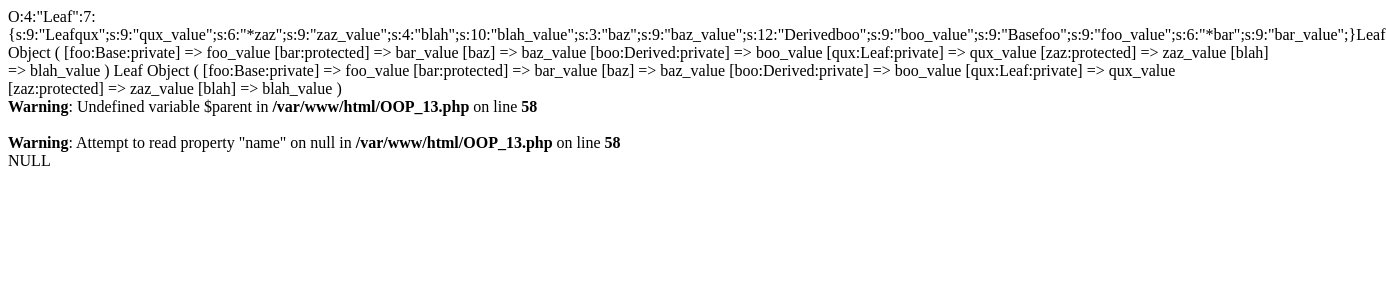
Repository: vantung2102/OOP_PHP
Page: http://localhost/OOP_13.php
These files come from the project's save history. The page is drawn as it stood at one moment and after the next save; the edit follows.
The browser window is 1280 px wide. The page is 1386 px wide, so the pictures cover 1386 px, including what lies to the right of the window. The pictures show the whole page.
The page is run by PHP 8.4 with error messages shown; the project is at /var/www/html/.

Above is the page before, as saved 2021-11-27 09:07:53.

### OOP_13.php
<?php

class Base
{
    private $foo = "foo_value";
    protected $bar = "bar_value";

    public function __sleep()
    {
        return array("\0Base\0foo", "\0*\0bar");
    }
}

class Derived extends Base
{
    public $baz = "baz_value";
    private $boo = "boo_value";

    public function __sleep()
    {
        // we have to merge our members with our parent's
        return array_merge(array("baz", "\0Derived\0boo"), parent::__sleep());
    }
}

class Leaf extends Derived
{
    private $qux = "qux_value";
    protected $zaz = "zaz_value";
    public $blah = "blah_value";

    public function __sleep()
    {
        // again, merge our members with our parent's
        return array_merge(array("\0Leaf\0qux", "\0*\0zaz", "blah"), parent::__sleep());
    }
}

// test it
$test = new Leaf();
$s = serialize($test);
$test2 = unserialize($s);
echo $s;
print_r($test);
print_r($test2);

class A
{
    public $b;
    public $name;
}

class B extends A
{
    public $parent;
    public function __wakeup()
    {
        var_dump($parent->name);
    }
}

$a = new A();
$a->name = "foo";
$a->b = new B();
$a->b->parent = $a;
$s = serialize($a);
$a = unserialize($s);

After the next save:
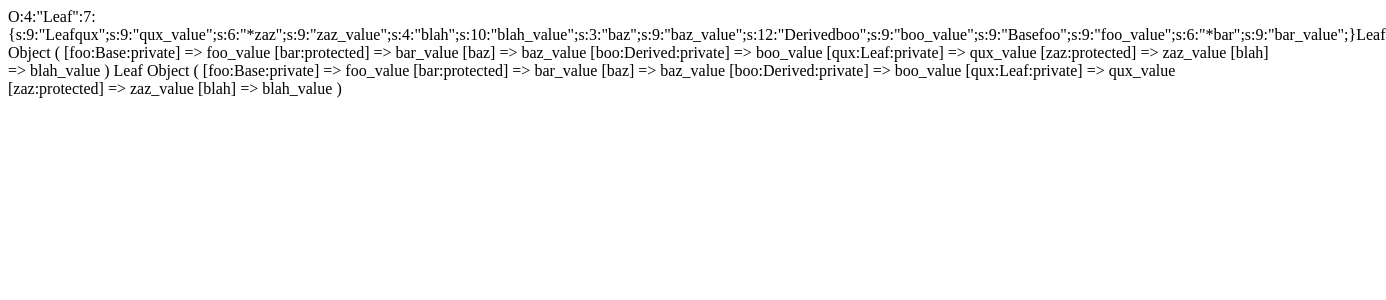
Saved 42 s later.
--- a/OOP_13.php
+++ b/OOP_13.php
@@ -44,24 +44,24 @@ echo $s;
 print_r($test);
 print_r($test2);
 
-class A
-{
-    public $b;
-    public $name;
-}
+// class A
+// {
+//     public $b;
+//     public $name;
+// }
 
-class B extends A
-{
-    public $parent;
-    public function __wakeup()
-    {
-        var_dump($parent->name);
-    }
-}
+// class B extends A
+// {
+//     public $parent;
+//     public function __wakeup()
+//     {
+//         var_dump($parent->name);
+//     }
+// }
 
-$a = new A();
-$a->name = "foo";
-$a->b = new B();
-$a->b->parent = $a;
-$s = serialize($a);
-$a = unserialize($s);
+// $a = new A();
+// $a->name = "foo";
+// $a->b = new B();
+// $a->b->parent = $a;
+// $s = serialize($a);
+// $a = unserialize($s);
